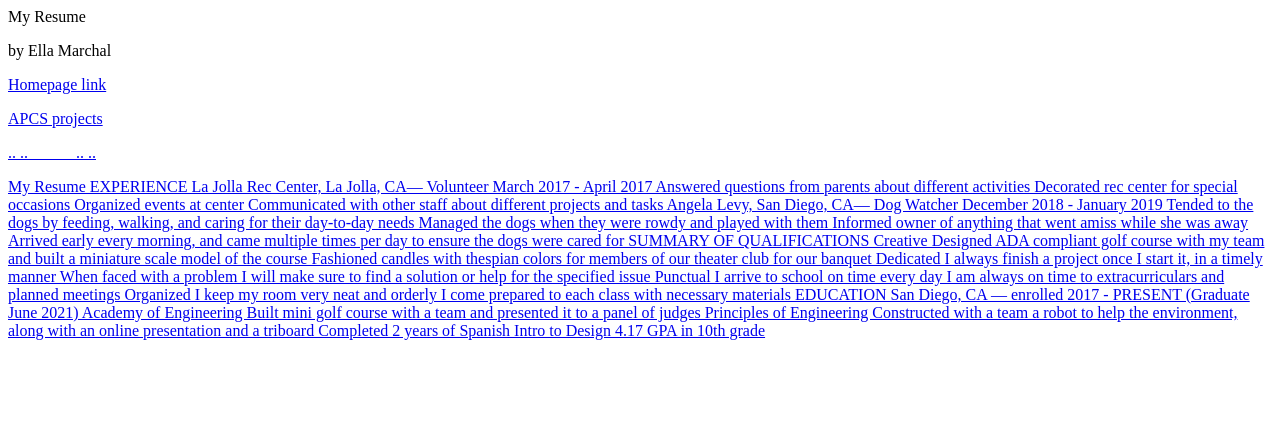
Repository: ella-m/ella-m.github.io
Page: Resume.html
The author's editor kept a record of every edit. The page is drawn from the files as they stood at one moment, then again after the next edit.
The browser window is 1280 px wide. The pictures show the whole page.

Above is the page before.

After the next edit:
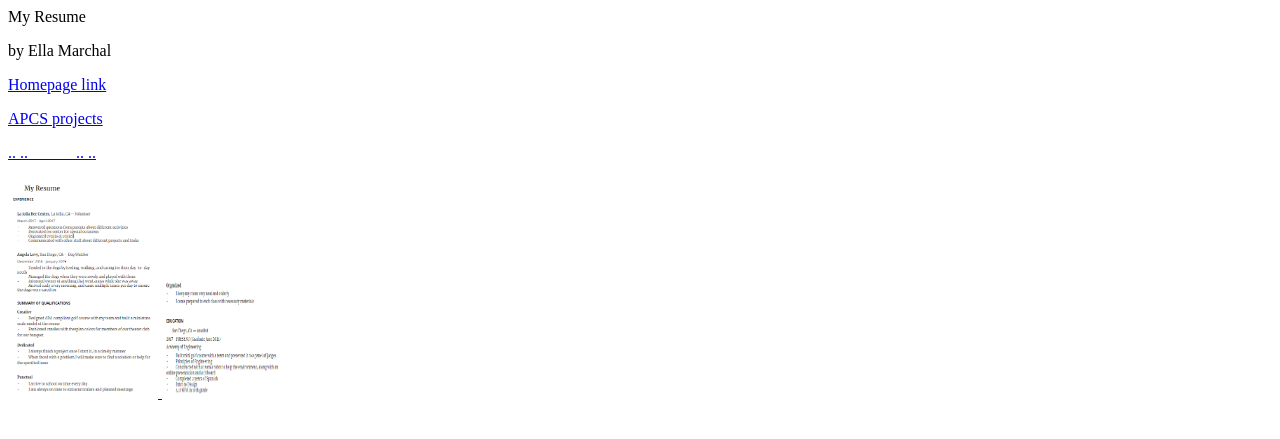
The edit:
--- a/Resume.html
+++ b/Resume.html
@@ -16,55 +16,8 @@
 
 <p>..    .. _____ ..   ..</p>
 
-<p>My Resume
-
-EXPERIENCE
-
-La Jolla Rec Center, La Jolla, CA— Volunteer
-March 2017 - April 2017
-Answered questions from parents about different activities
-Decorated rec center for special occasions
-Organized events at center
-Communicated with other staff about different projects and tasks
-
-Angela Levy, San Diego, CA— Dog Watcher
-December 2018 - January 2019
-Tended to the dogs by feeding, walking, and caring for their day-to-day needs
-Managed the dogs when they were rowdy and played with them
-Informed owner of anything that went amiss while she was away
-Arrived early every morning, and came multiple times per day to ensure the dogs were cared for
-
-
-SUMMARY OF QUALIFICATIONS
-
-Creative
-Designed ADA compliant golf course with my team and built a miniature scale model of the course
-Fashioned candles with thespian colors for members of our theater club for our banquet
-
-Dedicated
-I always finish a project once I start it, in a timely manner
-When faced with a problem I will make sure to find a solution or help for the specified issue
-
-
-Punctual
-I arrive to school on time every day
-I am always on time to extracurriculars and planned meetings
-
-Organized
-I keep my room very neat and orderly
-I come prepared to each class with necessary materials
-
-EDUCATION
-San Diego, CA — enrolled
-2017 - PRESENT (Graduate June 2021)
-Academy of Engineering
-Built mini golf course with a team and presented it to a panel of judges
-Principles of Engineering
-Constructed with a team a robot to help the environment, along with an online presentation and a triboard
-Completed 2 years of Spanish
-Intro to Design
-4.17 GPA in 10th grade</p>
-
+<img src="images/snip-resume1.PNG" alt="my resume text" width="150" height="220">
+<img src="images/snip-resume2.PNG" alt="my resume text 2" width="120" height="120">
 
 </body>
 </html>
